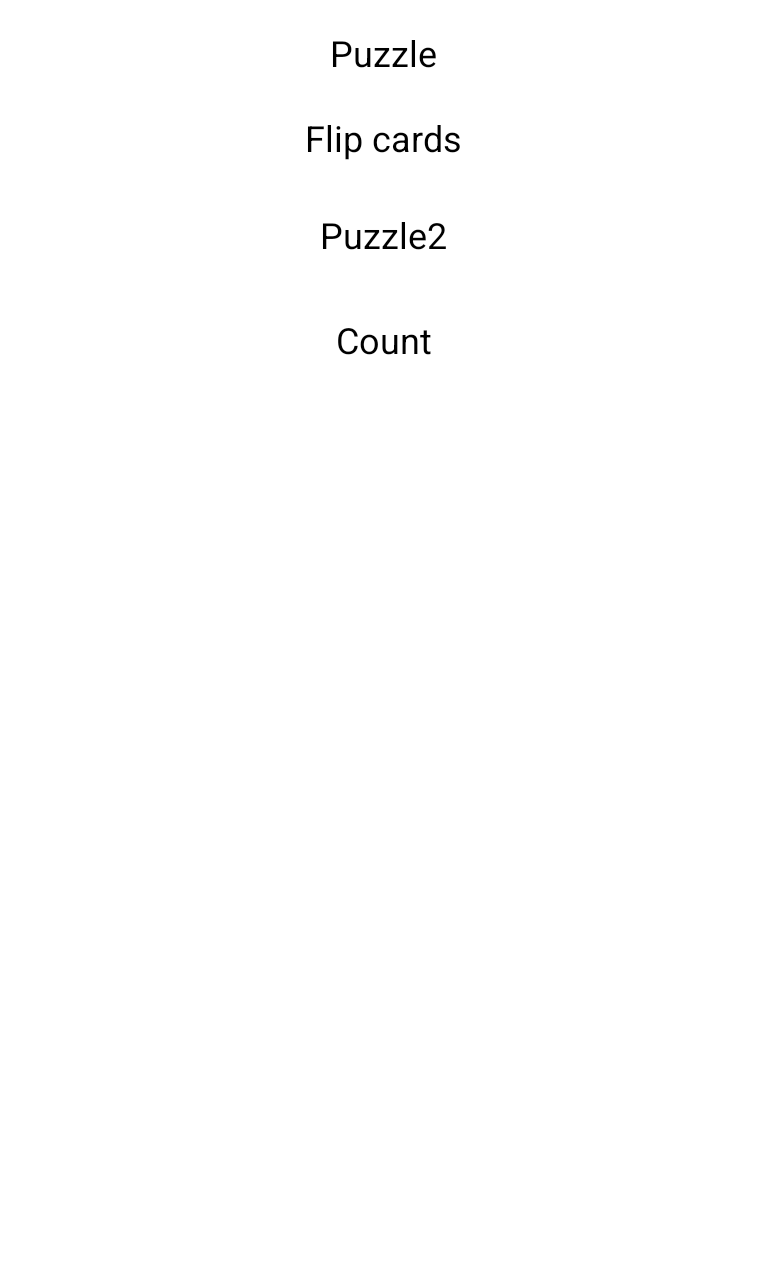
Repository: DimaPetrov/android
Layout: newapp/res/layout/activity_main.xml
An editor plug-in stored every save of this project. The layout is shown before and after the next save, followed by the edit.
It is drawn on a 768 x 1280 px phone screen (xhdpi) without system bars, with theme AppTheme; the app's code is not run.

Above is the layout before, as saved 2012-10-22 07:50:59.

After the next save:
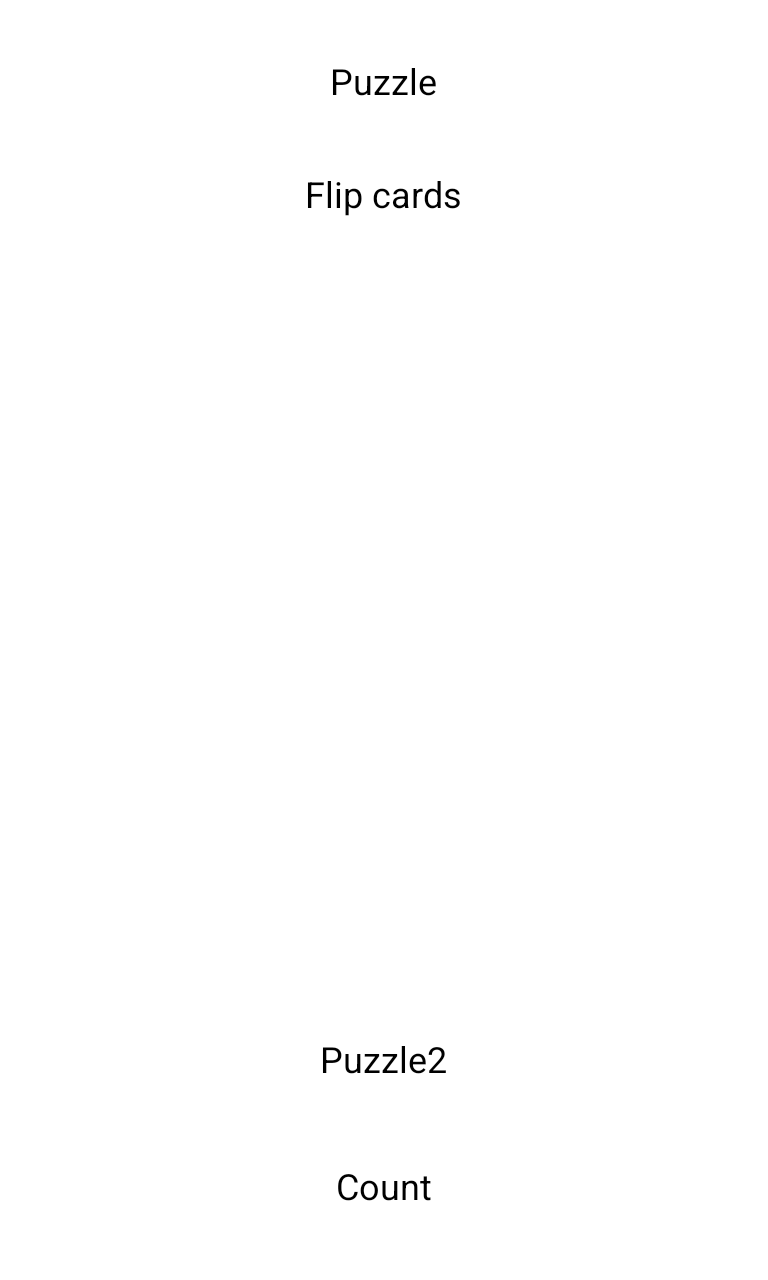
Saved 35 s later.
--- a/newapp/res/layout/activity_main.xml
+++ b/newapp/res/layout/activity_main.xml
@@ -5,13 +5,33 @@
     android:layout_height="match_parent" >
 
     <TextView
+        android:id="@+id/game4"
+        android:layout_width="wrap_content"
+        android:layout_height="wrap_content"
+        android:layout_alignParentBottom="true"
+        android:layout_centerHorizontal="true"
+        android:layout_marginBottom="35dp"
+        android:text="@string/count"
+        android:textAppearance="?android:attr/textAppearanceMedium" />
+
+    <TextView
         android:id="@+id/game1"
         android:layout_width="wrap_content"
         android:layout_height="wrap_content"
         android:layout_alignParentTop="true"
         android:layout_centerHorizontal="true"
-        android:layout_marginTop="14dp"
+        android:layout_marginTop="28dp"
         android:text="@string/puzzle"
+        android:textAppearance="?android:attr/textAppearanceMedium" />
+
+    <TextView
+        android:id="@+id/game3"
+        android:layout_width="wrap_content"
+        android:layout_height="wrap_content"
+        android:layout_above="@+id/game4"
+        android:layout_centerHorizontal="true"
+        android:layout_marginBottom="39dp"
+        android:text="@string/puzzleback"
         android:textAppearance="?android:attr/textAppearanceMedium" />
 
     <TextView
@@ -20,28 +40,8 @@
         android:layout_height="wrap_content"
         android:layout_below="@+id/game1"
         android:layout_centerHorizontal="true"
-        android:layout_marginTop="18dp"
+        android:layout_marginTop="32dp"
         android:text="@string/flip"
         android:textAppearance="?android:attr/textAppearanceMedium" />
 
-    <TextView
-        android:id="@+id/game3"
-        android:layout_width="wrap_content"
-        android:layout_height="wrap_content"
-        android:layout_below="@+id/game2"
-        android:layout_centerHorizontal="true"
-        android:layout_marginTop="24dp"
-        android:text="@string/puzzleback"
-        android:textAppearance="?android:attr/textAppearanceMedium" />
-
-    <TextView
-        android:id="@+id/game4"
-        android:layout_width="wrap_content"
-        android:layout_height="wrap_content"
-        android:layout_below="@+id/game3"
-        android:layout_centerHorizontal="true"
-        android:layout_marginTop="28dp"
-        android:text="@string/count"
-        android:textAppearance="?android:attr/textAppearanceMedium" />
-
 </RelativeLayout>
